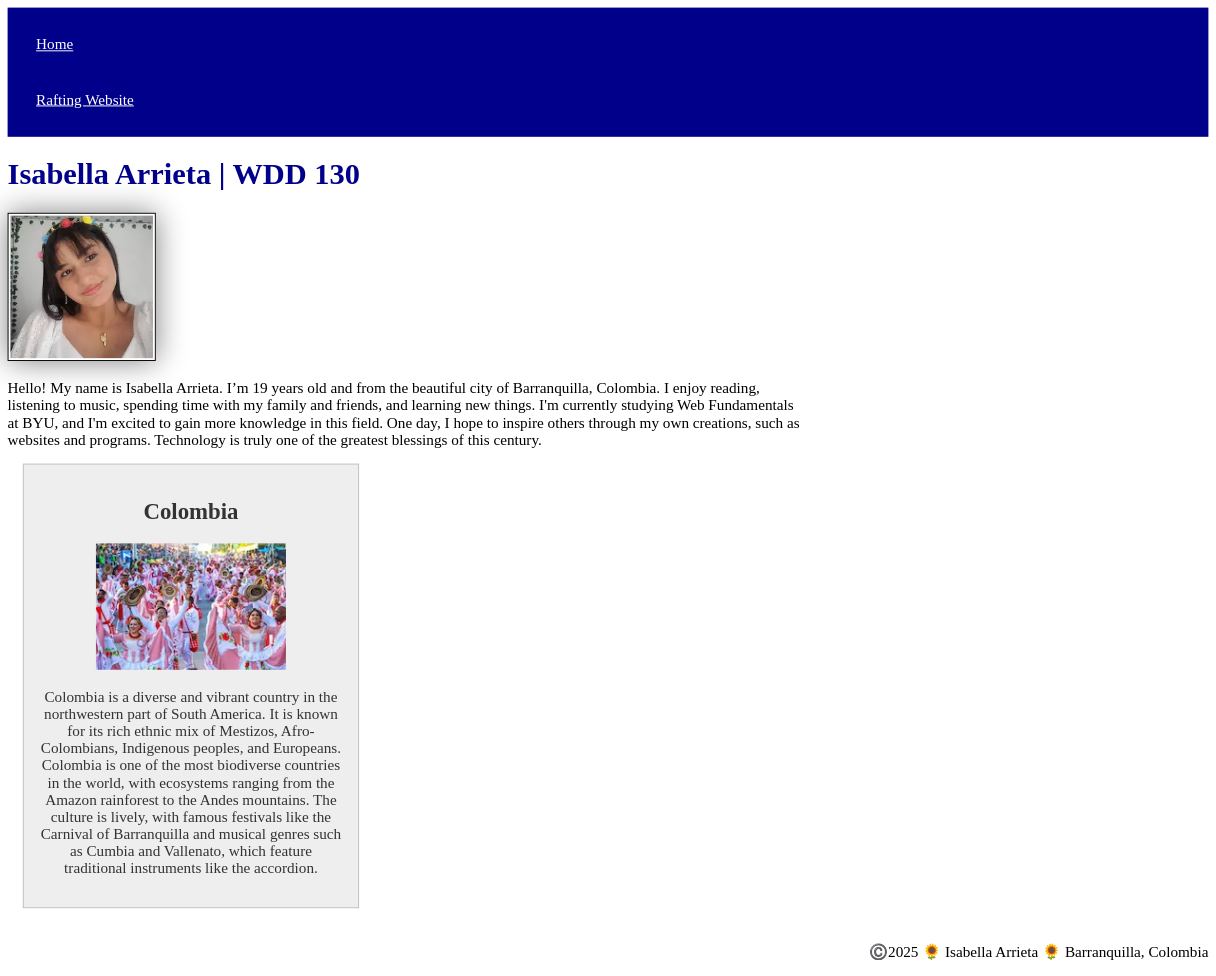
Repository: isaAJ05/wdd130
Page: index.html
These files come from the project's save history. The page is drawn as it stood at one moment and after the next save; the edit follows.
The browser window is 1280 px wide. The pictures show the whole page, at 95% of full size.

Above is the page before, as saved 2025-05-15 12:57:15.

After the next save:
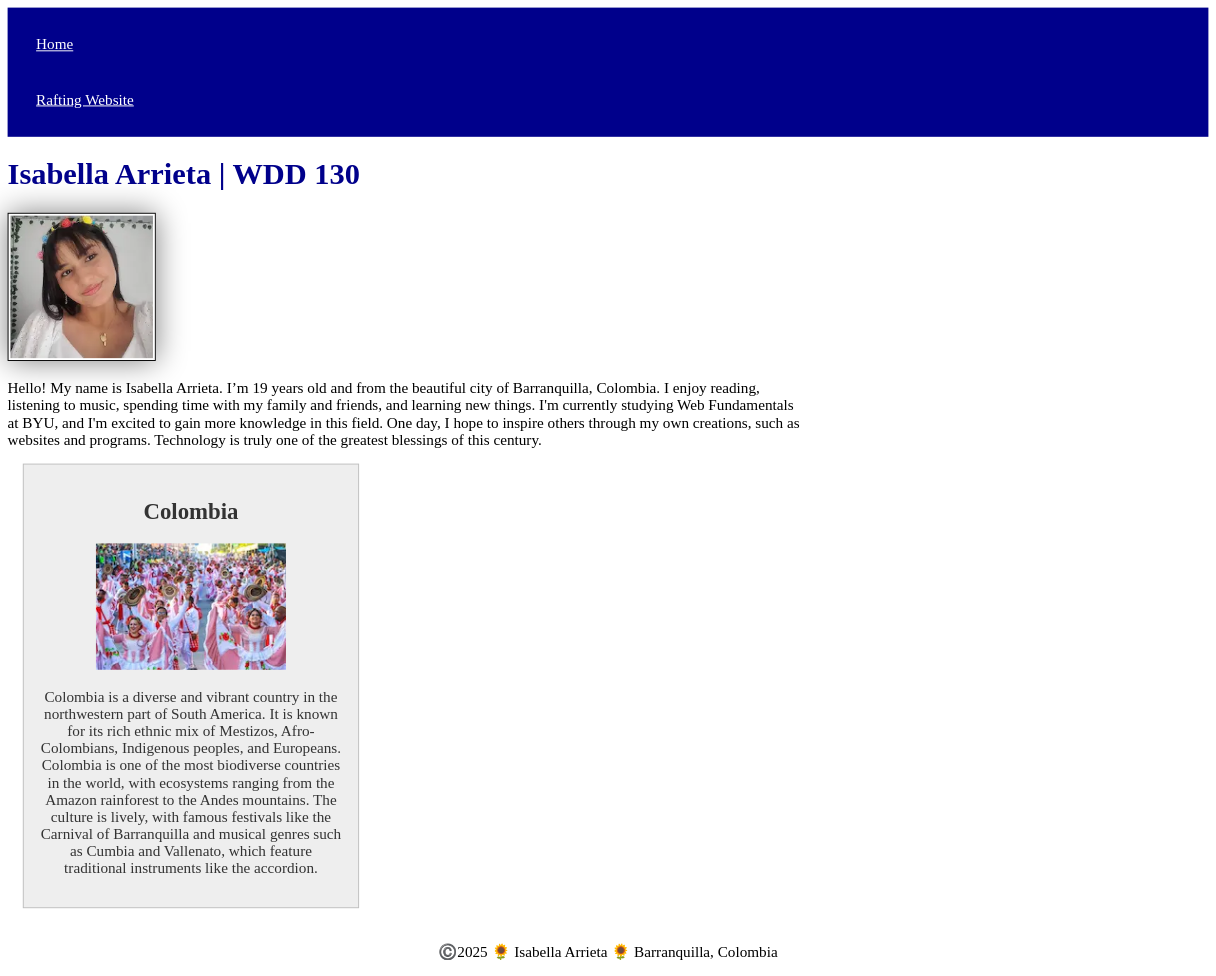
Saved 7 s later.
--- a/styles/styles.css
+++ b/styles/styles.css
@@ -46,5 +46,5 @@ aside img{
 footer{
     padding-top: 3px;
     border-top: 1px dotted white;
-    text-align: right;
+    text-align: center;
 }
